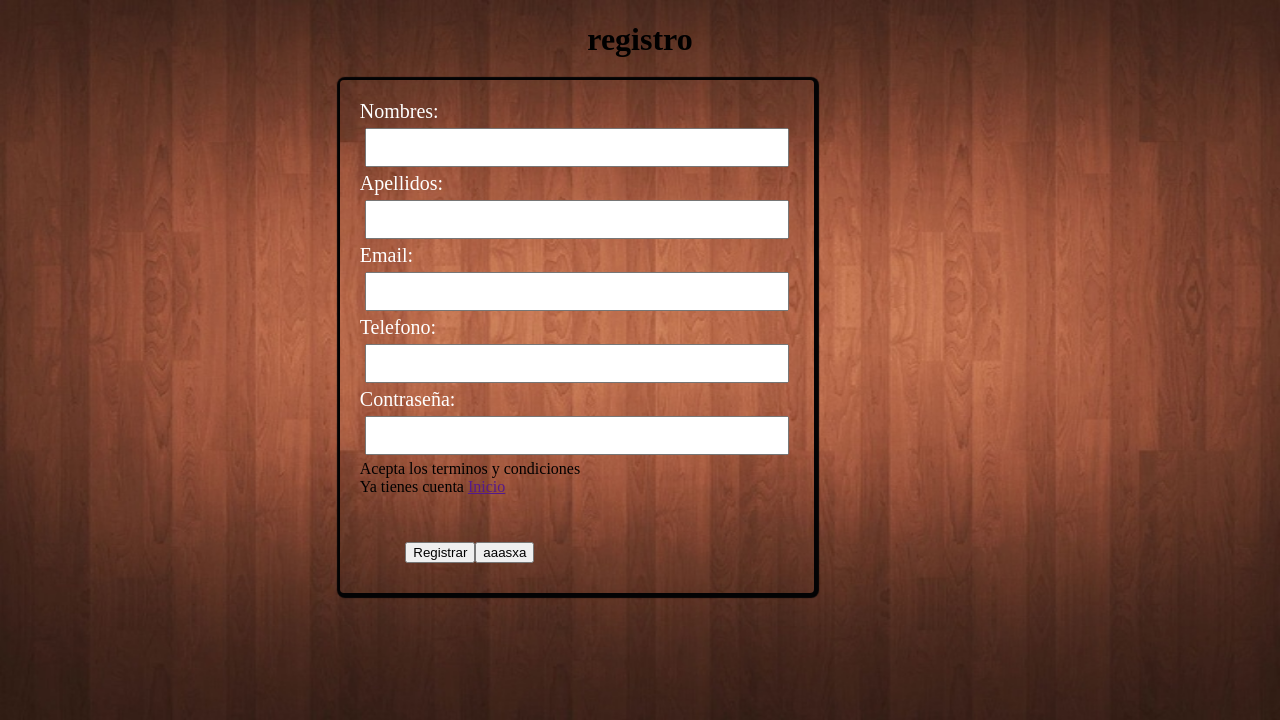
Repository: ye909/aplicacion_restaurante
Page: public/templeis/registro.html
The author's editor kept a copy of each file at every save. The page is drawn from the files as they stood at one save, then again after the next save.
The browser window is 1280 px wide. The pictures show the whole page.

Above is the page before, as saved 2024-11-12 21:48:06.

### public/templeis/registro.html
<!DOCTYPE html>
<html lang="en">
<head>
    <meta charset="UTF-8">
    <meta name="viewport" content="width=device-width, initial-scale=1.0">
    <link rel="stylesheet" href="../css/registro.css">
    <title>Document</title>
</head>
<body>
    <h1>registro</h1>
    <div class="container_registro">
        <form action="" method="post">
            <label for="nombres">Nombres:</label><br>
            <input type="text" id="nombres" name="nombres" required>
            <br>
            <label for="apellidos">Apellidos:</label><br>
            <input type="text" id="apellidos" name="apellidos" required>
            <br>
            <label for="email">Email:</label><br>
            <input type="email" id="email" name="email" >
            <br>
            <label for="number">Telefono:</label><br>
            <input type="number" id="telefono" name="telefono" >
            <br>
            <label for="password">Contraseña:</label><br>
            <input type="password" id="password" name="password">
            <div>Acepta los terminos y condiciones </div>
           <div> Ya tienes cuenta <a href="">Inicio</a></div>
            <br><br>
            <div class="container_btn">
                <button>Registrar</button>
                <button>aaasxa</button>
            </div>
        </form>
    </div>
</body>
</html>

### public/css/registro.css

body{

    background-image: url(../imagen/fondo_card.jpg);
    background-attachment: fixed;
    background-size:cover;
    background-repeat:no-repeat;
    background-size: 100% 100%;
}
h1{
    text-align: center;
}
.container_registro{
    width: 90%;
    display: flex;
    justify-content: center;
    align-items:center;
}
form{

    padding: 20px;

  box-shadow: rgb(3, 3, 4) 1px 1px 1px 4px   ;
 border-radius: 4px;
}
label{
    color:white;
    font-size: 20px;
}
.container_btn{
    display: flex;
    justify-content: center;
    align-items: center;
    padding: 10px;
    width: 200px;
}
input{
    padding: 10px;
    width: 400px;
    margin: 5px;
}
/*
label{
    font-size: 20px;

}

:is(button){
    padding: 6px;
    width: 160px;
    margin: 10px;
}
.checkbox{
    display: flex;
} */

After the next save:
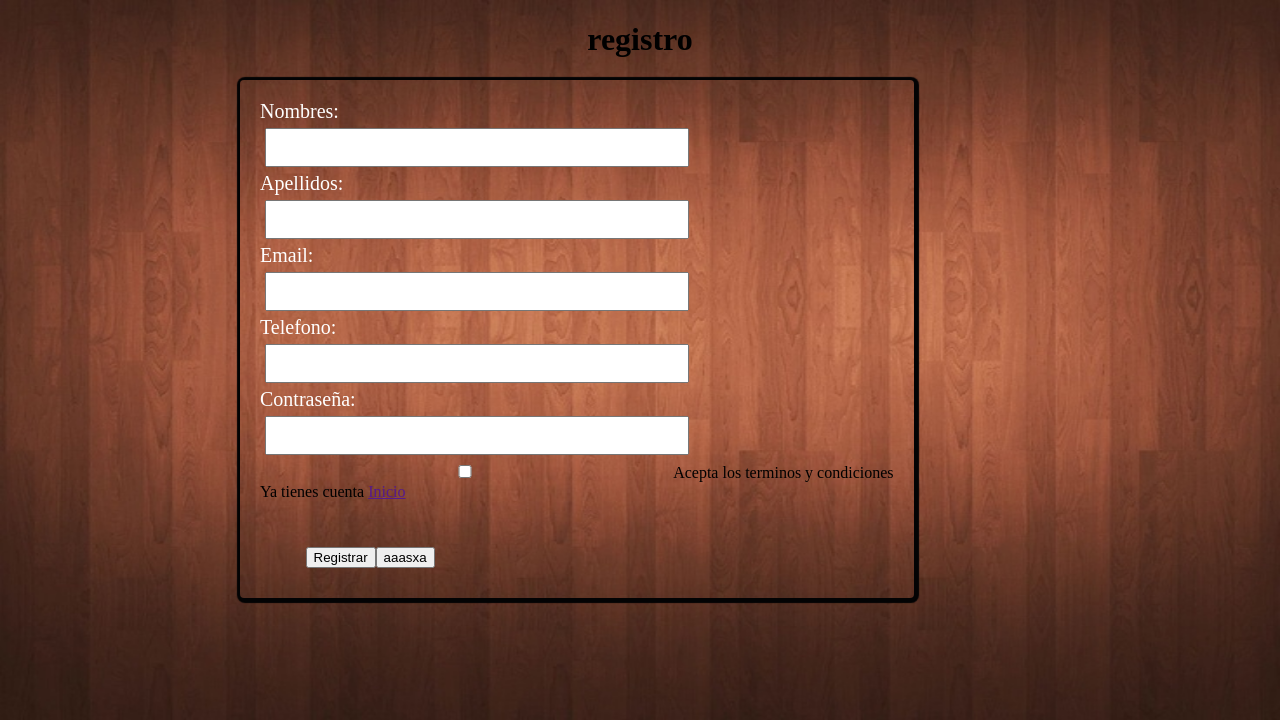
Saved 27 s later.
--- a/public/templeis/registro.html
+++ b/public/templeis/registro.html
@@ -24,7 +24,7 @@
             <br>
             <label for="password">Contraseña:</label><br>
             <input type="password" id="password" name="password">
-            <div>Acepta los terminos y condiciones </div>
+            <div><input type="checkbox"> Acepta los terminos y condiciones </div>
            <div> Ya tienes cuenta <a href="">Inicio</a></div>
             <br><br>
             <div class="container_btn">
